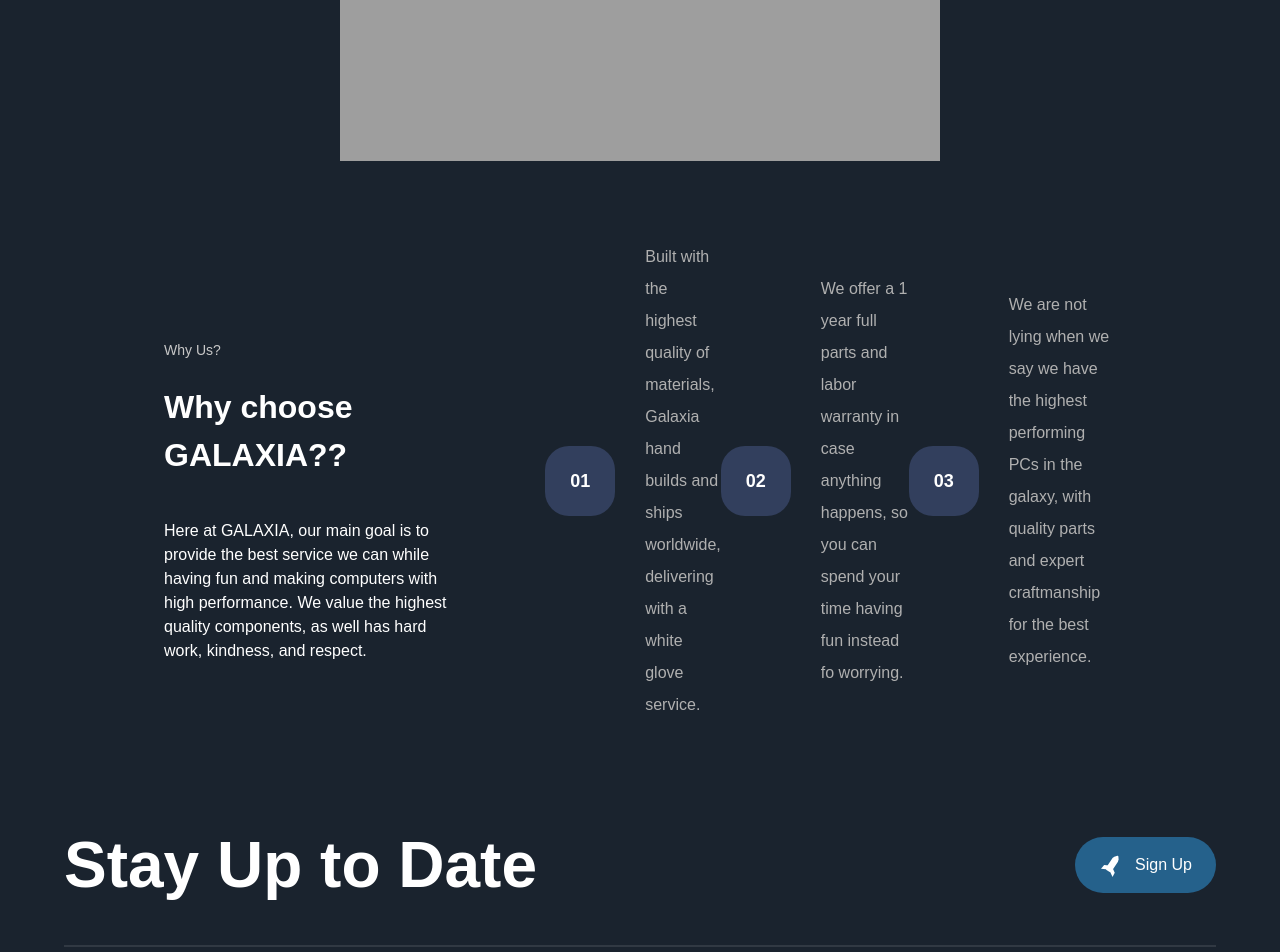
Repository: kaitlynlie/galaxia_pcs
Page: /
The author's editor kept a copy of each file at every save. The page is drawn from the files as they stood at one save, then again after the next save.
The browser window is 1280 px wide. The pictures show the part of the page from y = 2601 to 3553 px (the page is 3698 px tall before and 3634 px after).
Pictures or frames that could not be fetched are drawn as grey boxes. Some web fonts or font styles are not loaded; a fallback is used. The project was rebuilt for these pictures with package versions that can differ from the ones it lists, and the page was loaded fresh each time. Also part of the build but not shown: vite.config.js, components/PCcard.jsx, sections/Neptune.jsx, sections/Jupiter.jsx, sections/People.jsx, src/assets/index.js, sections/Video.jsx, sections/Program.jsx and 4 more. Imported but missing from the stored project, and not drawn on this page: src/assets/video.mp4.

Above is the page before, as saved 2023-08-09 19:59:24.

### index.html
<!DOCTYPE html>
<html lang="en">
  <head>
    <style>
      /* WebKit-based browsers (Chrome, Safari) */
      ::-webkit-scrollbar {
        width: 12px;
      }

      ::-webkit-scrollbar-track {
        background-color: #606060; /* Adjust the background color */
      }

      ::-webkit-scrollbar-thumb {
        background-color: #25618b; /* Adjust the thumb color */
        border-radius: 6px;
      }
    </style>
    <meta charset="UTF-8" />
    <link rel="icon" type="image/svg+xml" href="/logo.svg" />
    <link rel="preconnect" href="https://stijndv.com" />
    <link rel="stylesheet" href="https://stijndv.com/fonts/Eudoxus-Sans.css" />
    <meta name="viewport" content="width=device-width, initial-scale=1.0" />
    <title>GALAXIA</title>
  </head>
  <body>
    <div id="root"></div>
    <script type="module" src="/src/main.jsx"></script>
  </body>
</html>

### src/main.jsx
import React from 'react'
import App from './App.jsx'
import ReactDOM from 'react-dom';
import { BrowserRouter } from 'react-router-dom';


ReactDOM.render(
  <BrowserRouter>
    <App />
  </BrowserRouter>,
  document.getElementById('root'),
);

### src/App.jsx
import Navbar from '../components/Navbar'
import Home from '../pages/Home'
import Community from '../pages/Community'
import Creator from '../pages/Creator'
import PCs from '../pages/PCs'
import { Route, Routes } from 'react-router-dom'
import React from 'react'
import '../styles/globals.css'

function App() {

  return (
    <>
    <div className='bg-primary-black overflow-hidden'>
      <img
            src='./stars.png'
            alt='stars'
            className="z-0 absolute w-screen h-screen object-cover object-center opacity-50"
      />
      <Navbar />
      <Routes>
        <Route index path="/" element={<Home />} />
        <Route path="pc" element={<PCs />} />
        <Route path="community" element={<Community />} />
        <Route path="creator" element={<Creator />} />
      </Routes>
     </div>
    </>
  )
}

export default App

### components/Navbar.jsx
import { motion } from "framer-motion";
import styles from '../styles'
import { navVariants, textVariant } from '../utils/motion'
import { useState } from "react";
import { RiMenu3Line, RiCloseLine } from 'react-icons/ri';
import { Link } from 'react-router-dom'
import React from 'react'

const Navbar = () => {
  const [toggleMenu, setToggleMenu] = useState(false);

  const [nav, setNav] = useState(false);

  const openNav = () => {
    setNav(!nav);
  };

  return(
   <motion.nav
    variants={navVariants}
    initial="show"
    whileInView="show"
    viewport={{ once: false, amount: 0.25 }}
    className={`${styles.xPaddings} py-8 relative`}
  >
    <div className={`${styles.innerWidth} mx-auto flex justify-between gap-8 inline-block`}>
      <div className="flex flex-row gap-4 z-10">
        <img
          src='./logo.svg'
          alt='logo'
          />
          <Link onClick={openNav} to="/"><motion.h1 variants={textVariant(1.1)} className="flex text-white font-bold text-[24px] z-10">
            <a>GALAXIA</a>
          </motion.h1></Link>
      </div>

      <ul className='flex justify-center items-center text-white max-[880px]:hidden block z-10'>
        <Link onClick={openNav} to='/pc'><li className="mr-12"><a>Gaming PCs</a></li></Link>
        <Link onClick={openNav} to='/community'><li className="mr-12"><a>Community</a></li></Link>
        <Link onClick={openNav} to='/creator'><li><a>Creator Program</a></li></Link>
      </ul>

      <div className="relative ml-1 pointer max-[880px]:block hidden z-10">
        {toggleMenu
          ? <RiCloseLine color="#fff" size={27} onClick={() => setToggleMenu(false)} />
          : <RiMenu3Line color="#fff" size={27} onClick={() => setToggleMenu(true)} />}
        {toggleMenu && (
        <div className="flex justify-end items-end flex-col text-end bg-[#026884ce] p-3 absolute top-[40px] right-[10px] mt-1 rounded-[5px] shadow z-10">
          <div className="none">
            <ul className='flex justify-end items-end flex-col text-white text-end p-1'>
              <Link onClick={openNav} to='/pc'><li><a>Gaming PCs</a></li></Link>
              <Link onClick={openNav} to='/community'><li className="mt-2 pointer"><a>Community</a></li></Link>
              <Link onClick={openNav} to='/creator'><li className="mt-2 pointer"><a>Creator Program</a></li></Link>
            </ul>
          </div>
        </div>
        )}
        </div>

        <div className="flex flex-row gap-4 items-center max-[880px]:hidden block">
        <img
          src='./user.svg'
          alt='user'
        />
        <img
          src='./cart.svg'
          alt='cart'
        />
      </div>
      </div>

  </motion.nav>
  );
};

export default Navbar;

### pages/Home.jsx
import { Footer, Navbar } from '../components';
import { Triton, Neptune, Jupiter, Hero, WhyUs, Member } from '../sections';
import React from 'react'
import PickPC from '../sections/PickPC';

const Home = () => (
  <div className='bg-primary-black overflow-hidden'>
        {/* <img
          src='./stars.png'
          alt='stars'
          className="z-0 absolute w-screen h-screen object-cover object-center opacity-50"
    /> */}
    <Hero />
    <div className='relative'>
      <Triton />
      {/* <div className='gradient-03 z-0' /> */}
      <PickPC />
      <Member />
      {/* <Neptune /> */}
    </div>
    <div className='relative'>
      {/* <Jupiter /> */}
    </div>
    <div className='relative'>
      <WhyUs />
      {/* <div className='gradient-04 z-0' /> */}
      <Footer />
    </div>
  </div>
);

export default Home;

### styles/globals.css
@import "tailwindcss/base";

@import "tailwindcss/components";

@import "tailwindcss/utilities";

* {
  margin: 0;
  padding: 0;
  box-sizing: border-box;
  font-family: "Eudoxus Sans", sans-serif;
  scroll-behavior: smooth;
}

.gradient-01 {
  background-image: linear-gradient(
    270deg,
    hsl(295deg 76% 51%) 0%,
    hsl(284deg 70% 73%) 26%,
    hsl(257deg 70% 86%) 39%,
    hsl(202deg 92% 90%) 50%,
    hsl(215deg 77% 81%) 61%,
    hsl(221deg 73% 70%) 74%,
    hsl(220deg 76% 51%) 100%
  );
  filter: blur(125px);
}

.hero-gradient {
  background: linear-gradient(
    97.86deg,
    #a509ff 0%,
    #34acc7 53.65%,
    #a134c7 100%
  );
}

.gradient-02 {
  position: absolute;
  width: 200px;
  height: 438px;
  top: 0px;
  right: 0px;

  background: #7aebfb;
  filter: blur(190px);
}

.glassmorphism {
  background: rgba(255, 255, 255, 0.25);
  box-shadow: 0 8px 32px 0 rgba(31, 38, 135, 0.37);
  backdrop-filter: blur(4px);
  -webkit-backdrop-filter: blur(4px);
  border: 1px solid rgba(255, 255, 255, 0.18);
}

.gradient-03 {
  position: absolute;
  width: 404px;
  height: 800px;
  left: 20%;
  top: 5%;

  background: rgba(149, 66, 232, 0.35);
  filter: blur(175px);
  transform: rotate(-114.2deg);
}

.gradient-04 {
  position: absolute;
  width: 304px;
  height: 100vh;
  left: 30%;
  top: 10%;

  background: rgba(45, 72, 152, 0.75);
  filter: blur(200px);
  transform: rotate(-53.13deg);
}

.gradient-05 {
  background: linear-gradient(
    180deg,
    rgba(255, 255, 255, 0.04) 0%,
    rgba(255, 255, 255, 0) 100%
  );
}

.feedback-gradient {
  position: absolute;
  width: 200px;
  height: 316px;
  left: 0px;
  top: 0px;

  background: #8d39a3;
  filter: blur(175px);
}

.footer-gradient {
  position: absolute;
  width: 500px;
  height: 100px;
  left: 37%;
  bottom: 0;

  background: #65c4fa;
  filter: blur(150px);
}

.object {
  animation: MoveUpDown 4s linear infinite;
  position: relative;
  left: 0;
  bottom: 0;
}

@keyframes MoveUpDown {
  0%, 100% {
    bottom: 0;
  }
  50% {
    bottom: 100px;
  }
}

### components/CustomTexts.jsx
'use client';

import { motion } from "framer-motion";
import { textContainer, textVariant2 } from '../utils/motion'

export const TypingText = ({ title, textStyles}) => (
  <motion.p
    variants={textContainer}
    className={`font-normal text-[14px] text-secondary-white ${textStyles}`}
  >
    {Array.from(title).map((letter, index) => (
      <motion.span variants={textVariant2} key={index}>
        {letter === ' ' ? '\u00A0' : letter}
      </motion.span>
    ))}
  </motion.p>
);

export const TitleText = ({ title, textStyles}) => (
  <motion.h2
    variants={textVariant2}
    initial='hidden'
    whileInView='show'
    className={`mt-[22px] font-bold text-[32px] text-white ${textStyles}`}>
      {title}
  </motion.h2>
);

### components/WhyFeatures.jsx
import styles from "../styles";

const WhyFeatures = ({ number, subtitle
}) => (
  <div className={`${styles.flexCenter} flex-row`}>
    <div className={`${styles.flexCenter} w-[70px] h-[70px] rounded-[24px] bg-[#323f5d]`}>
      <p className="font-bold text-[18px] text-white">0{number}</p>
    </div>
    <p className="flex-1 ml-[30px] font-normal text-[16px] text-[#B0B0B0] leading-[32px]">{subtitle}</p>
  </div>
);

export default WhyFeatures;

### components/Footer.jsx
'use client';
import { motion } from "framer-motion";
import { socials } from "../constants";
import styles from "../styles";
import { footerVariants } from "../utils/motion";

const Footer = () => (
  <motion.footer
    variants={footerVariants}
    initial='show'
    whileInView='show'
    viewport={{ once: true, amount: 0.25 }}
    className={`${styles.paddings} py-8 relative`}>
    {/* <div className="footer-gradient" /> */}
    <div className={`${styles.innerWidth} mx-auto flex flex-col gap-8`}>
      <div className="flex items-center sm:justify-between flex-wrap gap-5">
        <h4 className="font-bold md:text-[64px] text-[44px] text-white">Stay Up to Date</h4>
        <button type="button" className="flex items-center h-fit py-4 px-6 bg-[#25618b] rounded-[32px] gap-[12px]">
          <img src='/logo.svg' alt='logo' className="w-[24px] h-[24px] object-contains"/>
          <span className="font-normal text-[16px] text-white">Sign Up</span>
        </button>
      </div>

      <div className="flex flex-col">
        <div className="mb-[50px] h-[2px] bg-white opacity-10"/>
        <div className="flex items-center justify-between flex-wrap gap-4">
          <h4 className="font-extrabold text-[24px] text-white">GALAXIA</h4>
          <p className="font-normal text-[14px] text-white opacity-50">
          Copyright © 2023 - 2024 Galaxia. All rights reserved.
          </p>
          <div className="flex gap-4">
            {socials.map((social) => (
              <img
                key={social.name}
                src={social.url}
                alt={social.name}
                className="w-[24px] h-[24px] object-contain cursor-pointer" />
            ))}
          </div>
        </div>
      </div>
    </div>
  </motion.footer>
);

export default Footer;

### components/Button.jsx
'use client';

const Button = () => (
    <button
    type="button"
    className="flex w-[127px] font-bold h-[44px] mt-[22px] items-center justify-center gap-[12px] bg-[#25618B] text-white text-[16px] rounded-[32px] pointer tracking-[0.08px] shrink-0 shadow-md transition-transform duration-300 hover:scale-105 hover:shadow-lg"
  >ADD TO CART
</button>
  );

  export default Button;

### sections/Hero.jsx
'use client';

import { motion } from "framer-motion";
import styles from '../styles';
import { slideIn, staggerContainer, fadeIn } from '../utils/motion'
import { TypingText, Button } from '../components'

const Hero = () => (
  <section className={`${styles.topPaddings} ${styles.xPaddings} flex flex-row items-center justify-center mt-10`}>
    <motion.div
      variants={fadeIn('up', 'tween', 0.2, 1)}
      initial="hidden"
      whileInView="show"
      viewport={{ once: true, amount: 0.25 }}
      className={`${styles.innerWidth} flex-col relative w-full flex justify-between items-center z-0`}
    >
      <div className="absolute z-0"/>
      <img
        src="/pc1.png"
        alt="pc"
        className="object z-10 sm:w-[357px] sm:h-[420px] w-[281px] h-[336px] relative mt-24 z-10"
      />
    </motion.div>

      <motion.div
        variants={staggerContainer}
        initial='hidden'
        whileInView='show'
        viewport={{ once: true, amount: 0.25}}
        className={`${styles.innerWidth} ${styles.xPaddings} md:px-[100px] max-[1000px]:hidden block mb-0 items-center z-10`}>
          <TypingText title='FEATURED' textStyles='text-start' />
          <motion.div
            variants={fadeIn('up', 'tween', 0.2, 1)}
            viewport={{ once: true, amount: 0.25}}
            className="mt-[8px] font-normal text-start text-secondary-white mt-9 flex-col flex flex-center">
              <span className="font-extrabold text-white sm:text-[32px] text-[20px]">TRITON </span>
              <p className="text-[20px] text-white">Triton, dedicated to users who want to travel past gaming experiences, uses high level components on the cutting edge of computers. Bold, beautiful, and a new reality for all users.</p>
          </motion.div>

          <motion.div
            variants={fadeIn('up', 'tween', 0.3, 1)}
            className="flex flex-col justify-between">
            <div className="flex flex-col justify-start items-start max-[880px]:flex-row mt-[38px]">
              <div className="flex flex-row justify-center items-center">
               <img
                src="/core.svg"
                alt="core"
                className="w-[37px] h-[37px] mt-[23px] justify-center items-center" />
                <p className="text-[20px] mt-[23px] ml-[19px] text-white">Earth Core e2-1023</p>
              </div>
              <div className="flex flex-row justify-center items-center">
               <img
                src="/card.svg"
                alt="card"
                className="w-[37px] h-[37px] mt-[23px] justify-start items-center" />
                <p className="text-[20px] mt-[23px] ml-[19px] text-white">KForce MTX 2390 Ti 12GB</p>
              </div>
            </div>

            <div className="flex flex-col justify-start items-start max-[880px]:items-center mt-[38px]">
              <div className="flex flex-row justify-between items-center">
                <p className="text-[20px] mt-[23px] text-white leading-9">$1,599.99 USD</p>
                <p className="text-[15px] mt-[23px] text-white line-through leading-[27px] ml-1">$1,999.99 USD</p>
              </div>
              <div className="flex flex-row justify-center items-center max-[880px]:flex-col">
                <Button />
              </div>
            </div>

          </motion.div>
      </motion.div>
  </section>
);

export default Hero;

### sections/Triton.jsx
'use client';

import { motion } from "framer-motion";
import { TypingText, Button } from '../components'
import styles from '../styles';
import { fadeIn, staggerContainer } from '../utils/motion';

const Triton = () => (
  <section className={`${styles.xPaddings} relative z-10 py-8`}>
      <motion.div
        variants={staggerContainer}
        initial='hidden'
        whileInView='show'
        viewport={{ once: true, amount: 0.25}}
        className={`${styles.innerWidth} mx-auto md:px-[100px] max-[1000px]:block hidden`}>
          <TypingText title='FEATURED' textStyles='text-center' />
          <motion.div
            variants={fadeIn('up', 'tween', 0.2, 1)}
            viewport={{ once: true, amount: 0.25}}
            className="mt-[8px] font-normal text-center text-secondary-white mt-9 ${styles.flexCenter} flex-col">
              <span className="font-extrabold text-white sm:text-[32px] text-[20px]">TRITON </span>
              <p className="text-[20px] text-white">Triton, dedicated to users who want to travel past gaming experiences, uses high level components on the cutting edge of computers. Bold, beautiful, and a new reality for all users.</p>
          </motion.div>

          <motion.div
            variants={fadeIn('up', 'tween', 0.3, 1)}
            className="flex flex-row max-[880px]:flex-col justify-between max-[880px]:items-center">


            <div className="flex flex-col justify-start items-start max-[880px]:items-center mt-[38px]">
              <div className="flex flex-row justify-center items-center">
               <img
                src="/core.svg"
                alt="core"
                className="w-[37px] h-[37px] mt-[23px] justify-center items-center" />
                <p className="text-[20px] mt-[23px] ml-[19px] text-white">Earth Core e2-1023</p>
              </div>
              <div className="flex flex-row justify-center items-center">
               <img
                src="/card.svg"
                alt="card"
                className="w-[37px] h-[37px] mt-[23px] justify-start items-center" />
                <p className="text-[20px] mt-[23px] ml-[19px] text-white">KForce MTX 2390 Ti 12GB</p>
              </div>
            </div>

            <div className="flex flex-col justify-start items-start max-[880px]:items-center mt-[38px]">
              <div className="flex flex-row justify-between items-center">
                <p className="text-[20px] mt-[23px] text-white leading-9">$1,599.99 USD</p>
                <p className="text-[15px] mt-[23px] text-white line-through leading-[27px] ml-1">$1,999.99 USD</p>
              </div>
              <div className="flex flex-row justify-center items-center max-[880px]:flex-col">
                <Button />
              </div>
            </div>

          </motion.div>
      </motion.div>
  </section>
);

export default Triton;

### sections/WhyUs.jsx
'use client';

import { motion } from "framer-motion";
import { TypingText, WhyFeatures, TitleText } from '../components'
import styles from '../styles';
import { staggerContainer, fadeIn, planetVariants } from '../utils/motion';
import { whyUs } from '../constants'

const GetStarted = () => (
  // <section className={`${styles.paddings} relative z-10 flex justify-center items-center`}>
  //   <div className={`${styles.innerWidth} mx-auto flex flex-col justify-between items-center`}>
  //       <img src='./whyus.png'
  //             alt='why us'
  //             className="h-[600px] w-[600px] mb-20"
  //       />

  //       <div
  //         className="flex justify-between">
  //           <div className="flex flex-col">
  //             <TypingText title="Why Us?" />
  //             <TitleText title={<>Why choose GALAXIA??</>} />
  //             <p className="text-white mt-10">Here at GALAXIA, our main goal is to provide the best service we can while having fun and making computers with high performance. We value the highest quality components, as well has hard work, kindness, and respect.</p>
  //           </div>

  //           <div className="flex flex-col gap-10">
  //             {whyUs.map((feature) => (
  //             <WhyFeatures key={feature.subtitle} {...feature} />
  //               ))}
  //           </div>
  //         </div>
  //   </div>
  // </section>

<section className={`${styles.xPaddings} relative z-10 py-8 flex flex-col justify-center items-center mt-10`}>
  <img src='./whyus.png'
    alt='why us'
    className="h-[600px] w-[600px] mb-20"
    />
  <div className={`${styles.innerWidth} md:px-[100px] mb-0 items-center flex-row flex justify-between`}>

  <div className='mr-24 max-[1234px]:mr-0'>
    <div className="font-normal text-start max-[1234px]:text-center text-secondary-white mt-10 flex-col flex flex-center">
      <TypingText title="Why Us?" />
      <TitleText title={<>Why choose GALAXIA??</>} />
       <p className="text-white mt-10">Here at GALAXIA, our main goal is to provide the best service we can while having fun and making computers with high performance. We value the highest quality components, as well has hard work, kindness, and respect.</p>
    </div>
  </div>

  {whyUs.map((feature) => (
  <WhyFeatures key={feature.subtitle} {...feature} />
  ))}
</div>
</section>
);

export default GetStarted;

### sections/Member.jsx
import React from 'react'
import { TypingText } from '../components'
import styles from '../styles'

const Member = () => {
  return (
    <section className={`${styles.xPaddings} relative z-10 py-20 flex flex-col justify-center items-center mt-10 bg-[url('banner.jpeg')]`}>
      <div className={`${styles.innerWidth} md:px-[100px] mb-0 items-center flex-col flex justify-center`}>
          <TypingText title='ONE OF US' textStyles='text-center' />
          <div className="font-normal text-center text-secondary-white mt-10 flex-col flex flex-center items-center justify-center">
              <span className="font-extrabold text-white sm:text-[32px] text-[20px]">Interested in joining the GALAXIA Creator Program?</span>
              <p className="text-[20px] text-white">We would love to work with creators to empower those who are stars in making or are already shining! We focus on making items that we find interesting and would love to work with creators that do the same.</p>
            <button
                type="button"
                className="flex w-[127px] h-[44px] mt-[22px] items-center justify-center gap-[12px] bg-[#25618B] text-white text-[16px] rounded-[32px] pointer tracking-[0.08px] shrink-0 shadow-md transition-transform duration-300 hover:scale-105 hover:shadow-lg"
                >APPLY NOW
            </button>
        </div>
        </div>
        </section>
  )
}

export default Member

Loaded but not shown: utils/motion.js (161 lines, source omitted); constants/index.js (90 lines, source omitted); styles/index.js (23 lines, source omitted); tailwind.config.js (24 lines, source omitted); sections/index.js (21 lines, source omitted); components/index.js (16 lines, source omitted); sections/PickPC.jsx (223 lines, source omitted)

After the next save:
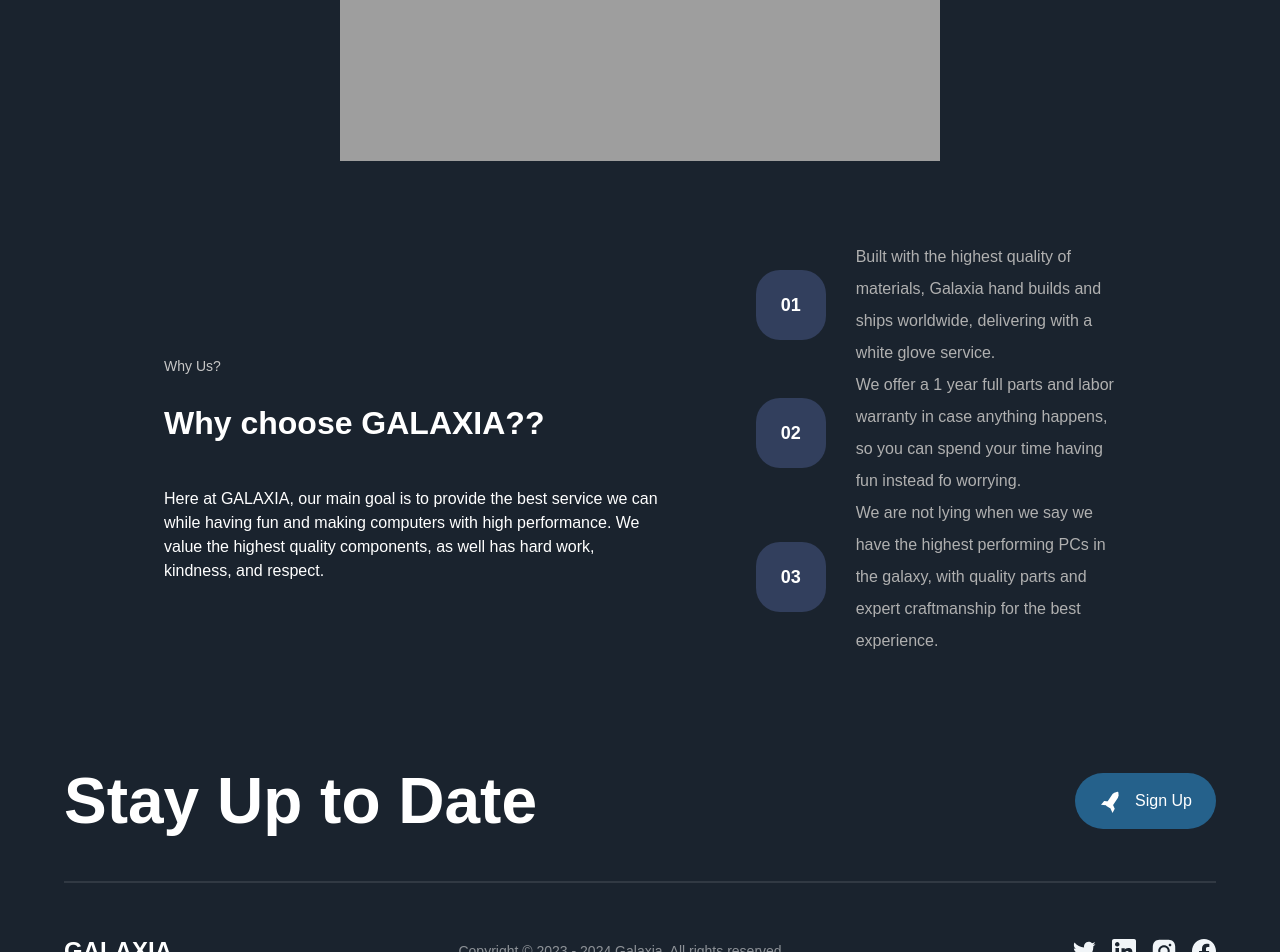
Saved 26 s later.
--- a/sections/WhyUs.jsx
+++ b/sections/WhyUs.jsx
@@ -46,9 +46,11 @@
     </div>
   </div>
 
-  {whyUs.map((feature) => (
-  <WhyFeatures key={feature.subtitle} {...feature} />
-  ))}
+  <div className="flex flex-col">
+    {whyUs.map((feature) => (
+    <WhyFeatures key={feature.subtitle} {...feature} />
+    ))}
+  </div>
 </div>
 </section>
 );
